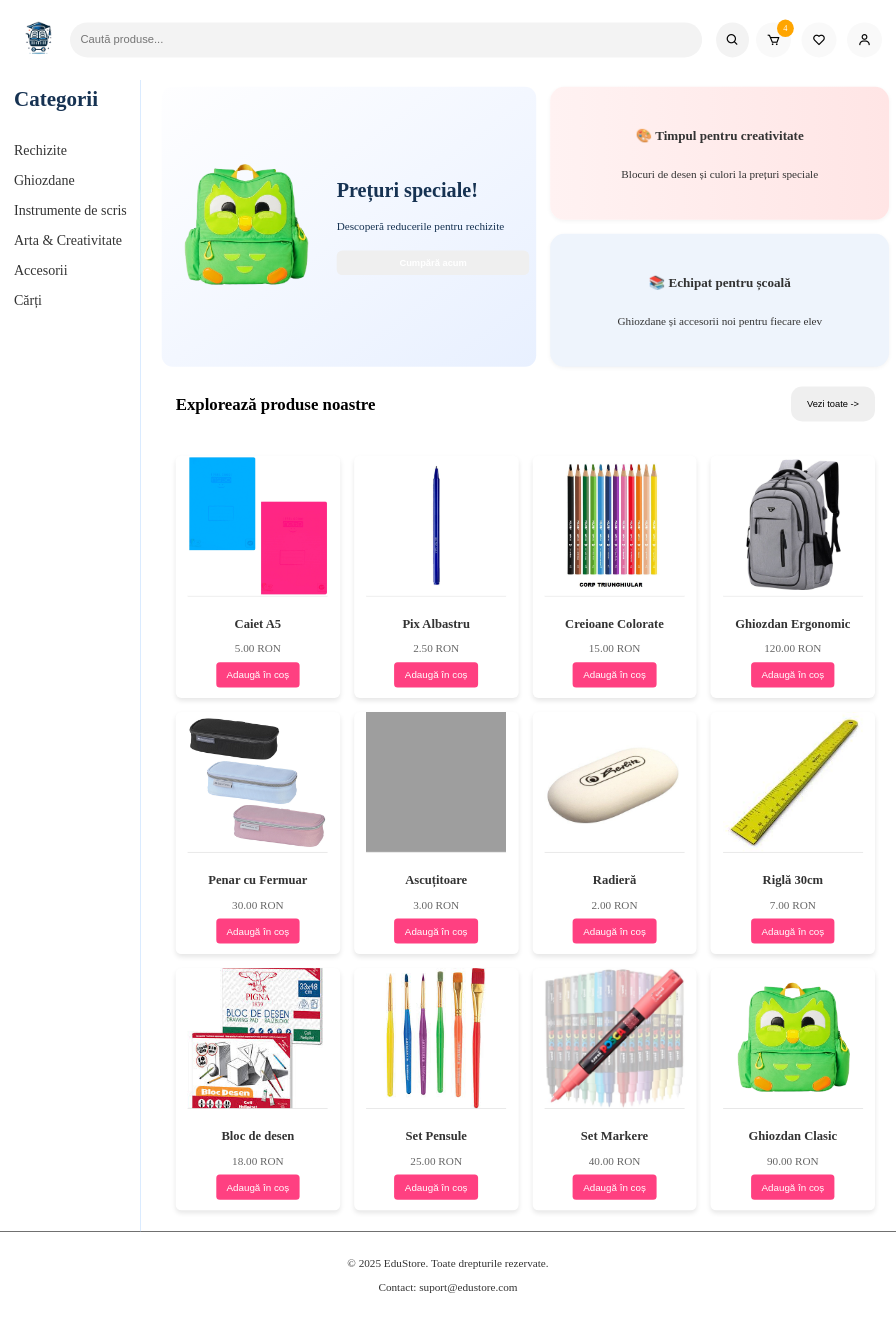
Repository: Roxana5504/WebDev-Project
Page: frontend/index.html
These files come from the project's save history. The page is drawn as it stood at one moment and after the next save; the edit follows.
The browser window is 1280 px wide. The pictures show the whole page, at 70% of full size.
Pictures or frames that could not be fetched are drawn as grey boxes.

Above is the page before, as saved 2025-04-23 17:21:58.

After the next save:
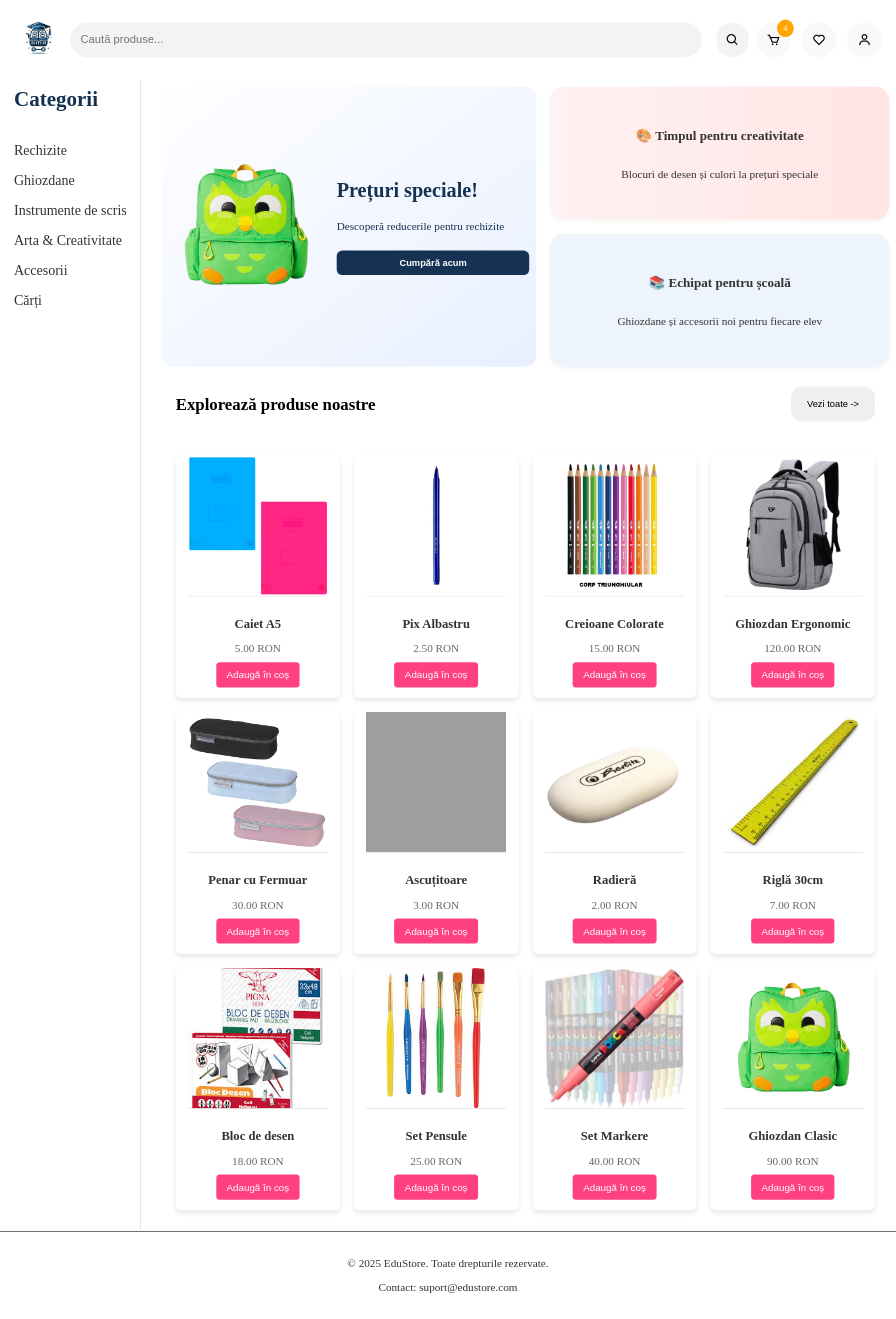
Saved 4 s later.
--- a/frontend/styles.css
+++ b/frontend/styles.css
@@ -296,7 +296,7 @@ body {
 }
 
 .buy-now-btn {
-  background-color:  color: rgb(22, 50, 82);;
+  background-color: rgb(22, 50, 82);
   color: white;
   border: none;
   padding: 10px 16px;
